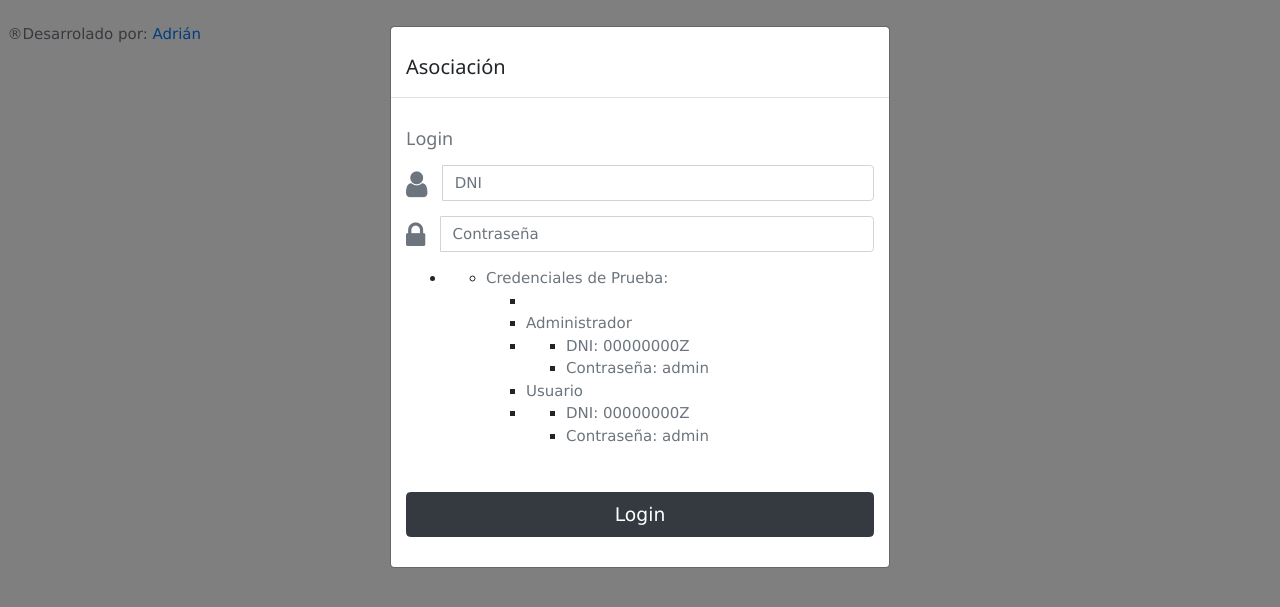
Repository: adrianllorian/adrianllorian-gestion-asociacion-backend
Page: WebStorage/index.html
An editor plug-in stored every save of this project. The page is shown before and after the next save, followed by the edit.
The browser window is 1280 px wide. The pictures show the whole page.
Some web libraries are served in a nearby version.

Above is the page before, as saved 2022-01-14 21:12:59.

After the next save:
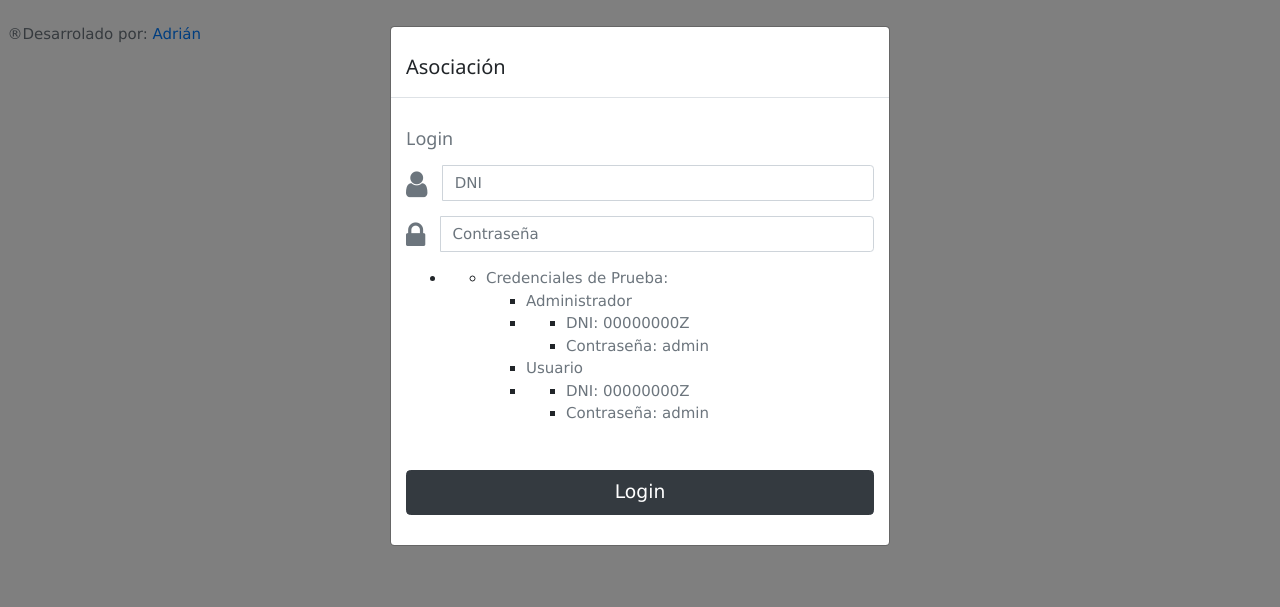
Saved 13 s later.
--- a/WebStorage/index.html
+++ b/WebStorage/index.html
@@ -270,7 +270,7 @@
                                     <ul>
                                         <li><span class="text-muted">Credenciales de Prueba:</span></li>
                                         <ul>
-                                            <li>
+
                                             <li><span class="text-muted">Administrador</span></li>
                                             <li>
                                                 <ul>
@@ -289,7 +289,7 @@
                                         </ul>
                                 </li>
                             </ul>
-                            </li>
+
                             </ul>
                         </div>
                         <div class="form-group">
